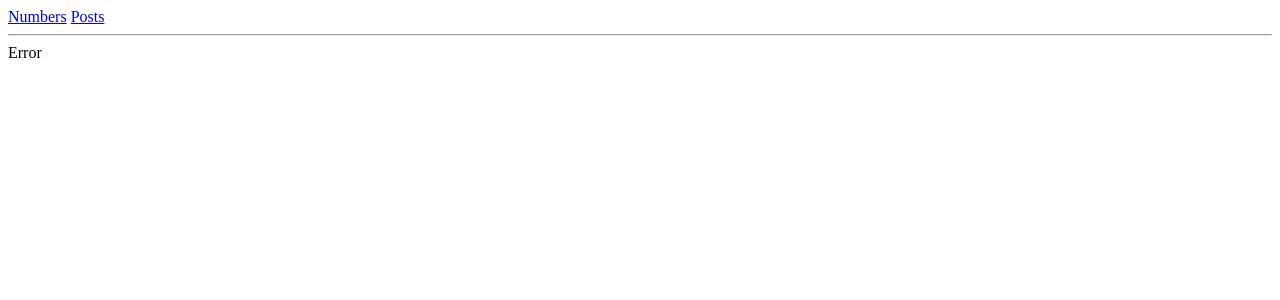
Repository: mahoone/revising_php
Page: http://localhost/public/index.php?v=categories
These files come from the project's save history. The page is drawn as it stood at one moment and after the next save; the edit follows.
The browser window is 1280 px wide. The pictures show the whole page.
The page is run by PHP 8.4 with error messages shown; the project is at /var/www/html/.

Above is the page before, as saved 2020-06-07 22:58:23.

### public/index.php
<?php

include('../utils/utils.php');


?>

<a href="index.php?v=numbers">Numbers</a>
<a href="index.php?v=posts">Posts</a>
<hr>

<?php

$module = $_GET['v'];
if(array_key_exists($module, $_GET))
{
    echo $module;
}else
{
    echo 'Error';
}


?>

### utils/utils.php
<?php

function dumb($var)
{
    echo '<pre>';
    print_r($var);
    echo '</pre>';
}

After the next save:
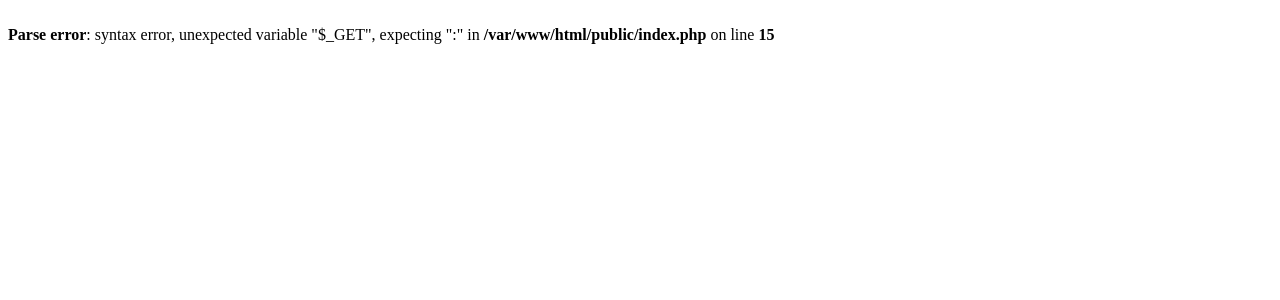
Saved 67 s later.
--- a/public/index.php
+++ b/public/index.php
@@ -12,7 +12,7 @@
 <?php
 
 $module = $_GET['v'];
-if(array_key_exists($module, $_GET))
+if(array_key_exists($module, array $_GET))
 {
     echo $module;
 }else

After the save that followed:
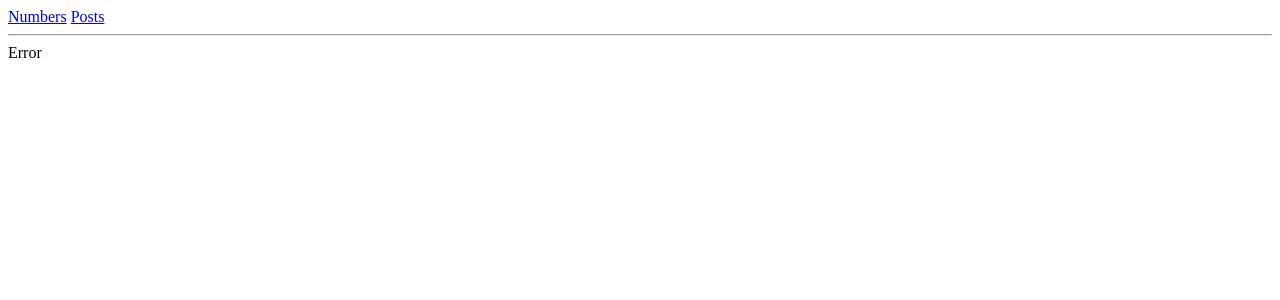
Saved 5 s later.
--- a/public/index.php
+++ b/public/index.php
@@ -12,7 +12,7 @@
 <?php
 
 $module = $_GET['v'];
-if(array_key_exists($module, array $_GET))
+if(array_key_exists($module, $_GET))
 {
     echo $module;
 }else
